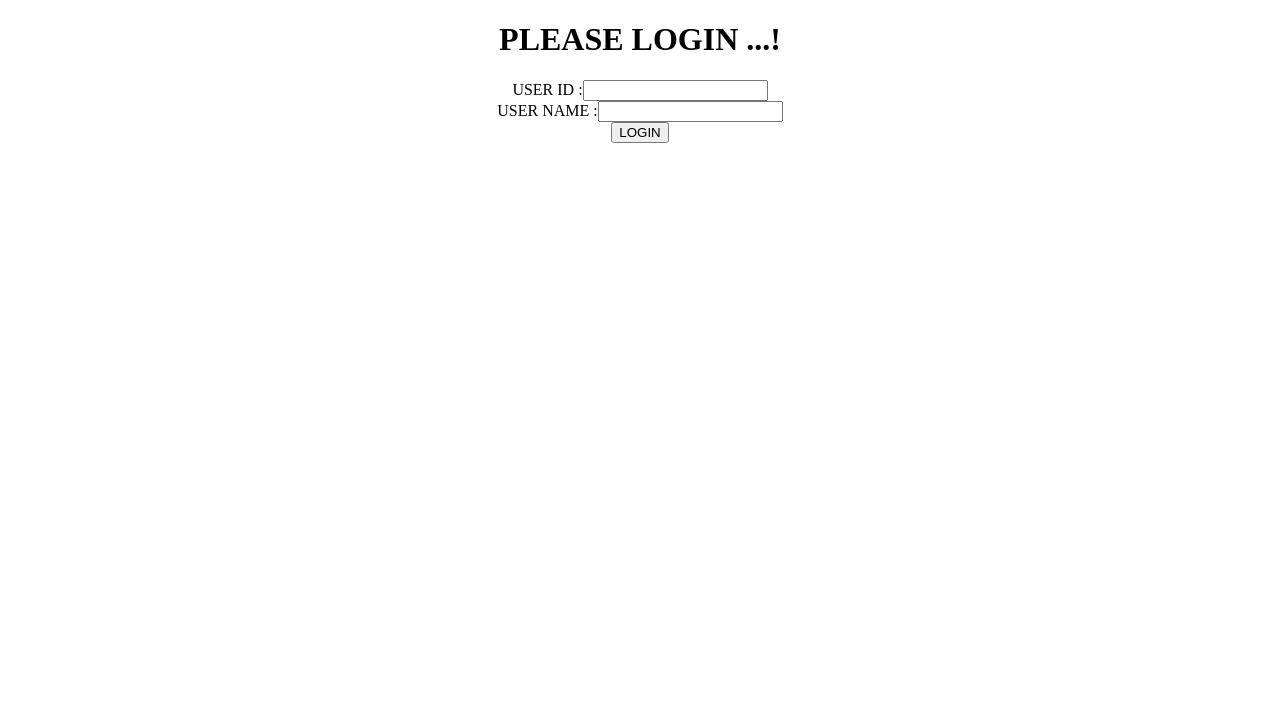
Repository: Thaneshwara848/E-Y
Page: Jdbc-Servlet-Jsp/Webemo5/src/main/webapp/LoginPage.html
These files come from the project's save history. The page is drawn as it stood at one moment and after the next save; the edit follows.
The browser window is 1280 px wide. The pictures show the whole page.

Above is the page before, as saved 2023-05-22 06:37:34.

### Jdbc-Servlet-Jsp/Webemo5/src/main/webapp/LoginPage.html
<!DOCTYPE html>
<html>
<head>
<meta charset="UTF-8">
<title>Insert title here</title>
</head>
<body >
<div style="text-align: center;">

	<form action="Login" method="POST">
	<h1> PLEASE LOGIN ...!</h1>
		USER ID :<input type="text" name="uname"><br>
		USER NAME :<input type="text" name="upass"><br>

		<input type="submit" value="LOGIN">
	</form>

</div>

</body>
</html>

After the next save:
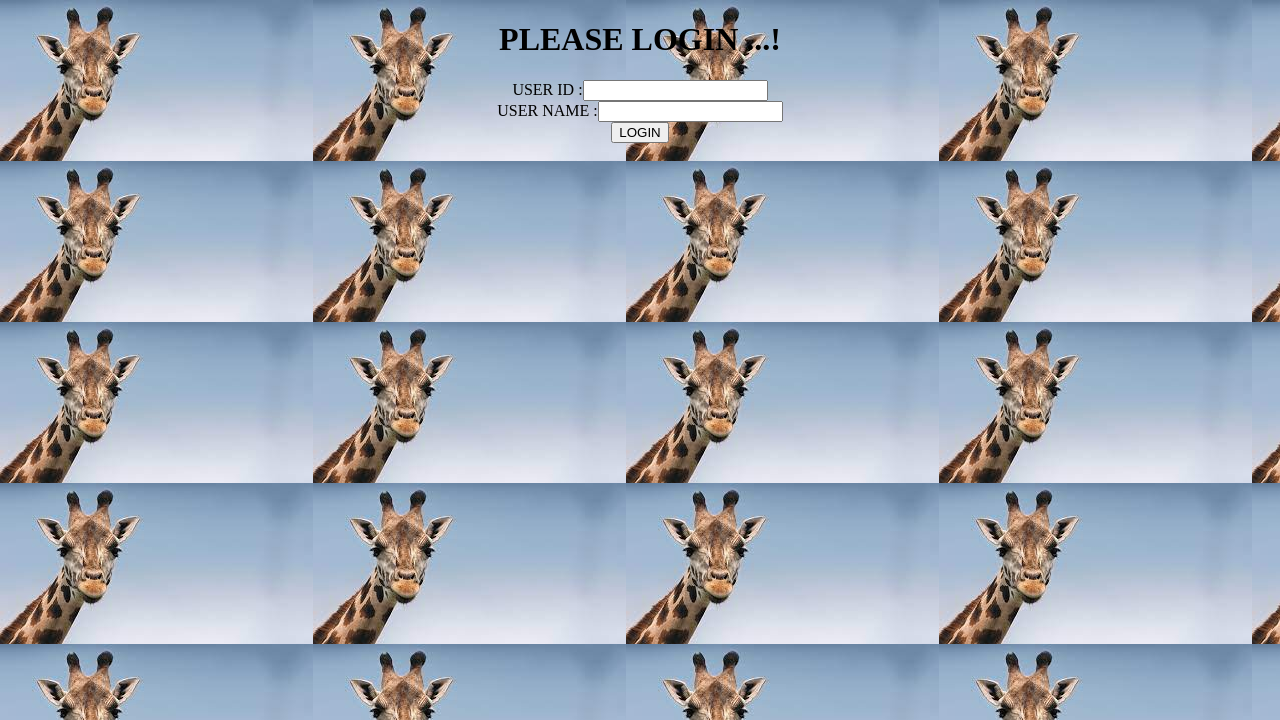
Saved 30 s later.
--- a/Jdbc-Servlet-Jsp/Webemo5/src/main/webapp/LoginPage.html
+++ b/Jdbc-Servlet-Jsp/Webemo5/src/main/webapp/LoginPage.html
@@ -3,6 +3,12 @@
 <head>
 <meta charset="UTF-8">
 <title>Insert title here</title>
+<style type="text/css">
+	body{
+	background-image: url("ey.jpg");
+
+	}
+</style>
 </head>
 <body >
 <div style="text-align: center;">
